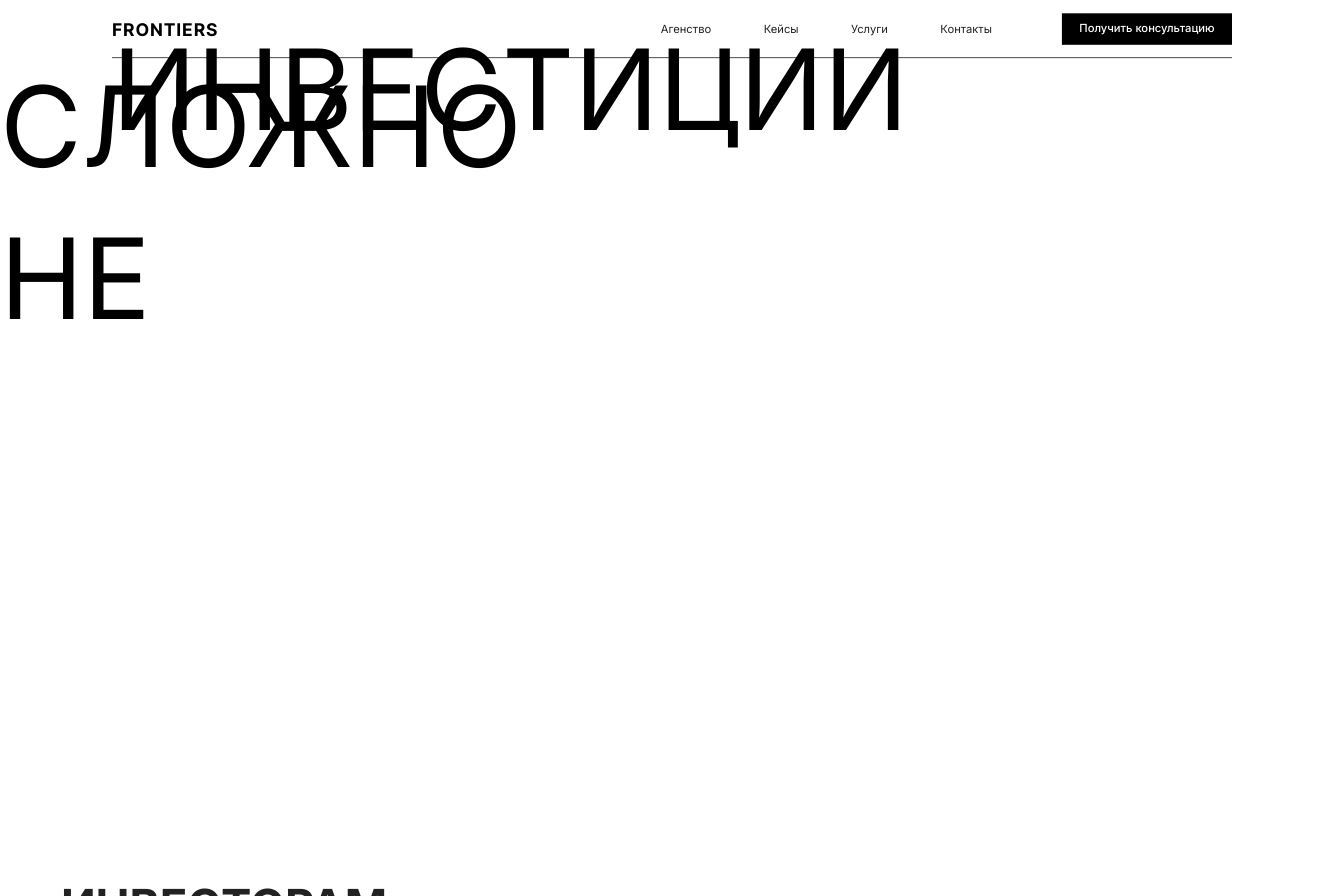
Repository: NadyaKorvin/frontiers
Page: /
An editor plug-in stored every save of this project. The page is shown before and after the next save, followed by the edit.
The browser window is 1280 px wide. The page is 1920 px wide, so the pictures cover 1920 px, including what lies to the right of the window. The pictures show the part of the page from y = 0 to 1280 px (the page is 1728 px tall), at 70% of full size.
The project was rebuilt for these pictures with package versions that can differ from the ones it lists, and the page was loaded fresh each time.

Above is the page before, as saved 2022-05-23 04:38:48.

After the next save:
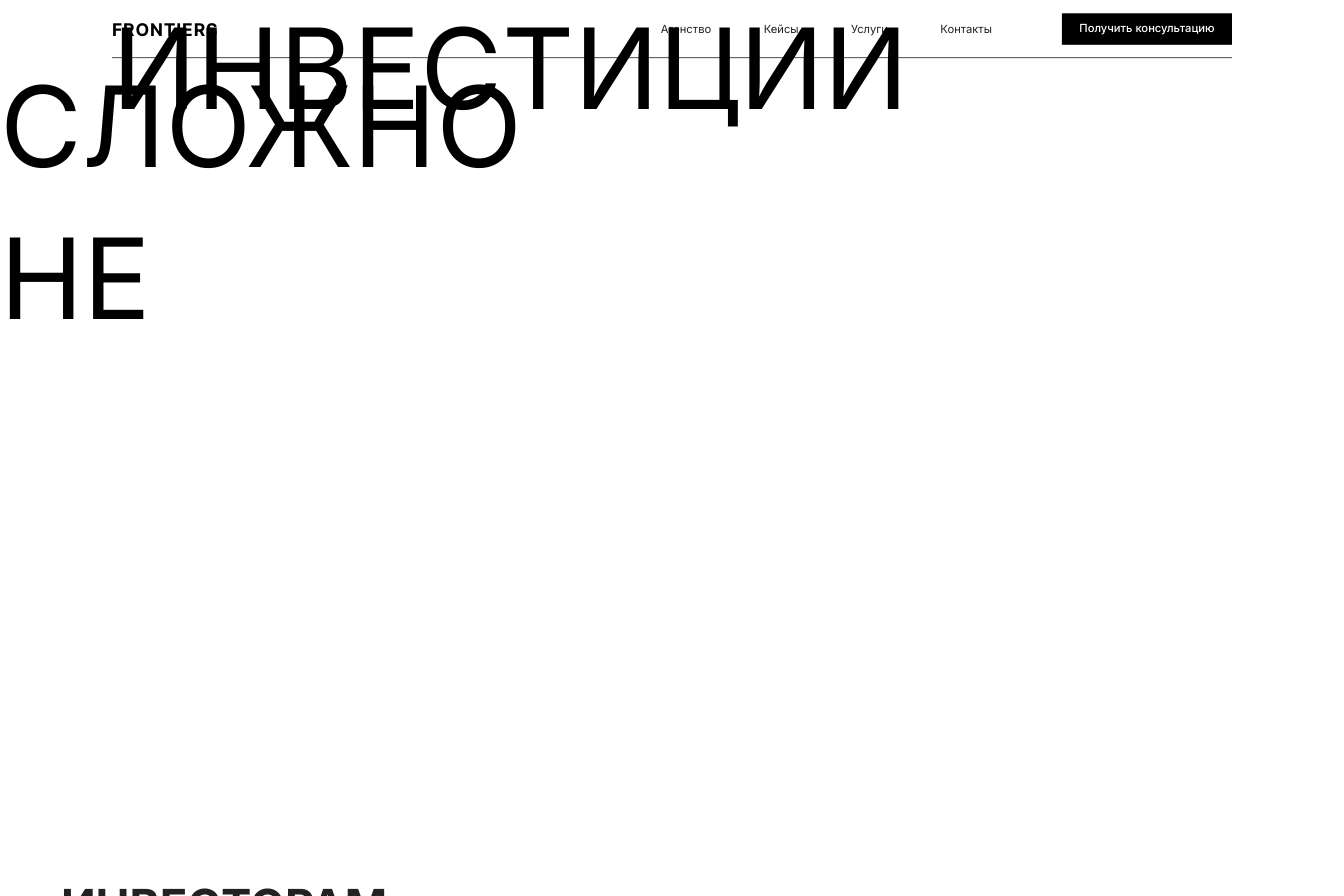
Saved 41 s later.
--- a/src/components/firstScreen/FirstScreen.module.css
+++ b/src/components/firstScreen/FirstScreen.module.css
@@ -65,7 +65,7 @@
 }
 
 p:nth-child(1) {
-    top: 30px;
+    top: 0px;
     left: 160px;
 }
 
